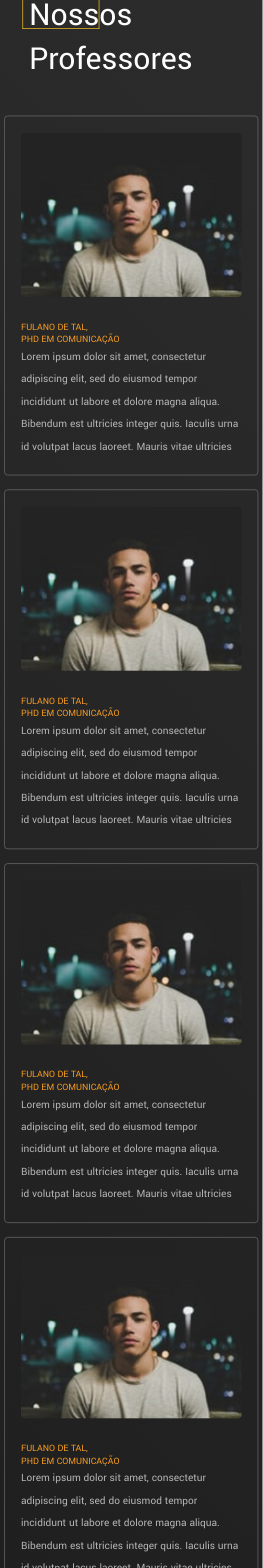
Repository: Rafael-Araujo-dev/Treinamento-Raccoon
Page: Projeto-2/index.html
These files come from the project's save history. The page is drawn as it stood at one moment and after a run of saves; the edit follows.
The browser window is 375 px wide. The pictures show the part of the page from y = 4083 to 6323 px (the page is 7432 px tall), at 70% of full size.
Backgrounds fixed to the window are drawn as part of the page.

Above is the page before, as saved 2021-09-23 16:53:33.

After the next 14 saves:
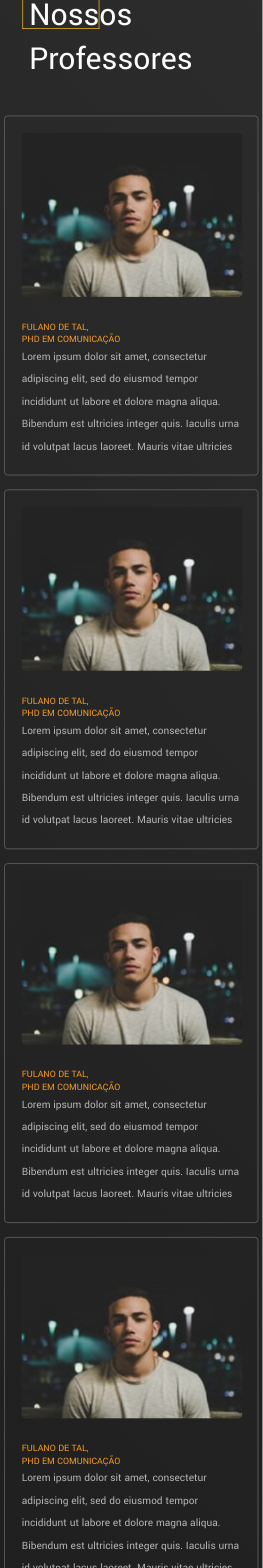
The 14 saves are shown as one change because they came seconds apart.
The last was saved 20 s later.
--- a/Projeto-2/css/style.css
+++ b/Projeto-2/css/style.css
@@ -734,6 +734,10 @@
 }
 
 @media(max-width: 450px) {
+    .our-teachers .card-image {
+        width: 263px;
+    }
+
     .our-teachers .card-container {
         margin-top: 50px;
     }
